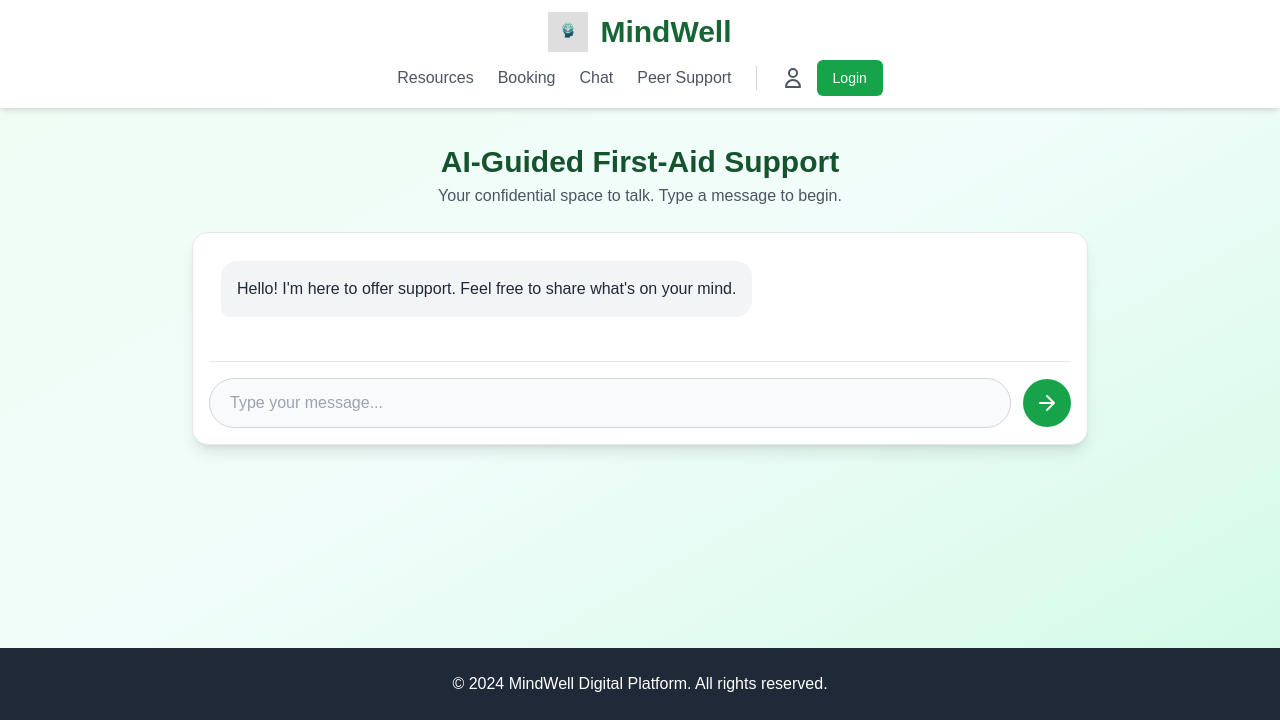
Repository: alokse24b01025/mentalhealth-project-sih-
Page: /chat (app in p1/)
These files come from the project's save history. The page is drawn as it stood at one moment and after the next save; the edit follows.
The browser window is 1280 px wide. The pictures show the whole page.
The project was rebuilt for these pictures with package versions that can differ from the ones it lists, and the page was loaded fresh each time. Also part of the build but not shown: p1/vite.config.js, p1/src/pages/HomePage.jsx, p1/src/components/ResourceCard.jsx, p1/src/data/mockResources.js, p1/src/pages/ResourcesPage.jsx, p1/src/components/CounselorCard.jsx, p1/src/data/mockCounselors.js, p1/src/pages/BookingPage.jsx and 4 more.

Above is the page before, as saved 2025-09-10 11:22:36.

After the next save:
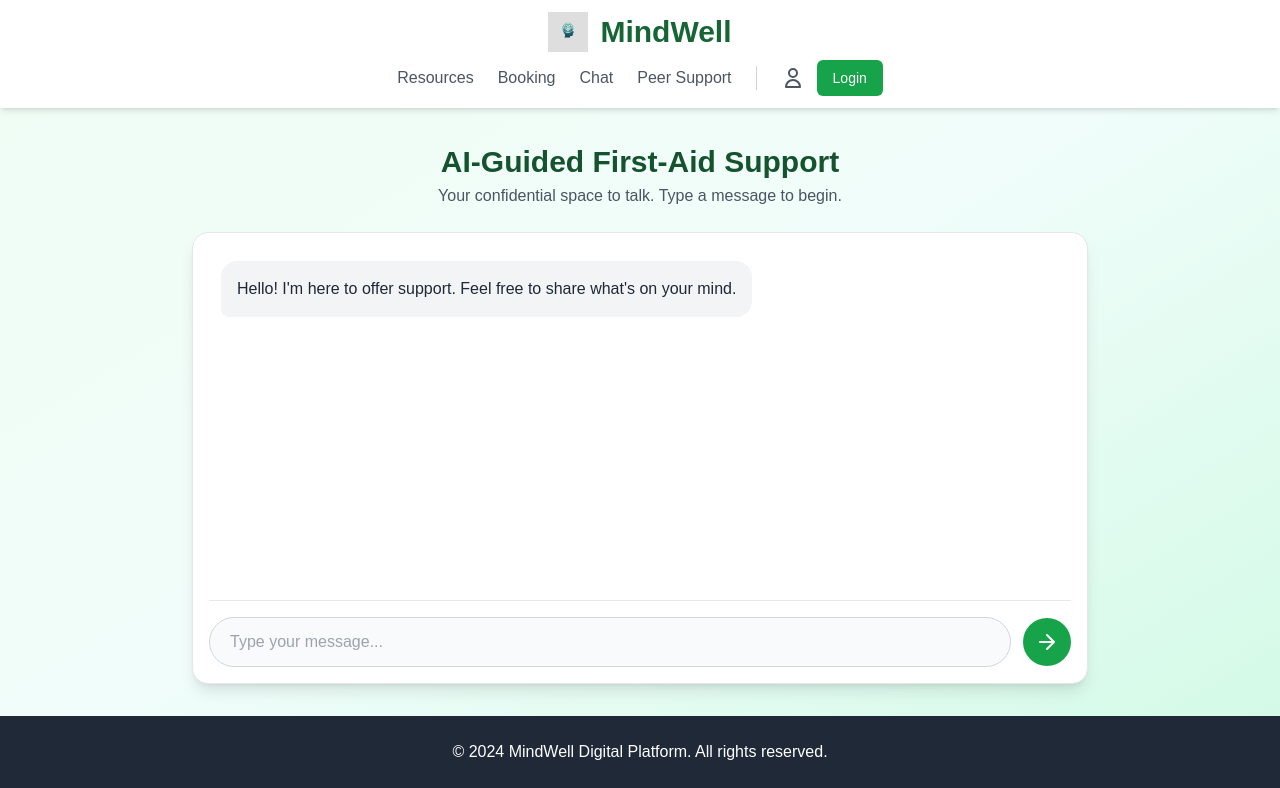
Saved 2 min 51 s later.
--- a/p1/src/pages/ChatPage.jsx
+++ b/p1/src/pages/ChatPage.jsx
@@ -8,19 +8,17 @@ const ChatPage = () => {
     <div className="min-h-screen flex flex-col bg-gradient-to-br from-green-50 via-teal-50 to-emerald-100">
       <Header />
 
-      {/* --- FINAL FIX APPLIED HERE --- */}
+      {/* --- CHANGE IS HERE --- */}
       <main className="flex-1 w-full flex flex-col justify-center items-center p-4 pt-36">
 
-        {/* Main container for the chat interface */}
-        <div className="w-full max-w-4xl flex-1 flex flex-col mb-4">
+        {/* We give the container a fixed height and stop it from flexing */}
+        <div className="w-full max-w-4xl h-[75vh] flex flex-col mb-4">
 
-          {/* Title Section */}
           <div className="text-center mb-6">
             <h2 className="text-3xl font-bold text-green-900">AI-Guided First-Aid Support</h2>
             <p className="mt-1 text-gray-600">Your confidential space to talk. Type a message to begin.</p>
           </div>
 
-          {/* The Chatbot component itself */}
           <Chatbot />
 
         </div>
